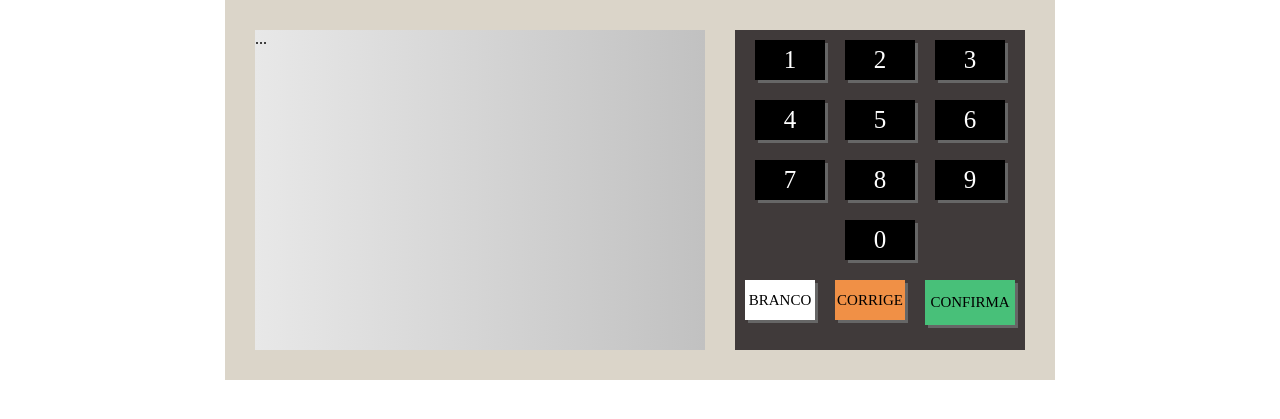
Repository: ThiagoIturra/urnaJs
Page: index.html
These files come from the project's save history. The page is drawn as it stood at one moment and after the next save; the edit follows.
The browser window is 1280 px wide. The pictures show the whole page.

Above is the page before, as saved 2022-01-05 16:17:59.

After the next save:
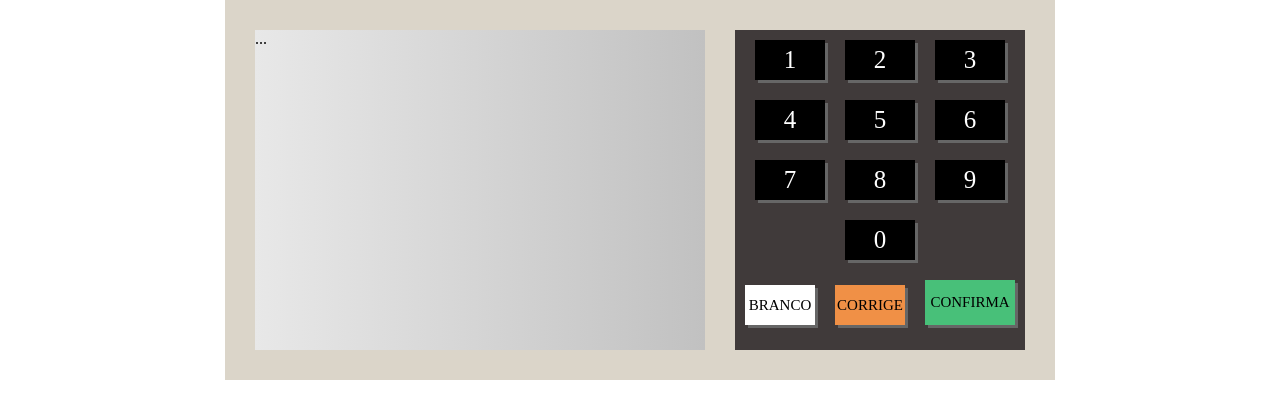
Saved 42 s later.
--- a/style.css
+++ b/style.css
@@ -25,6 +25,7 @@ body {
 .keyboard--line {
     display: flex;
     justify-content: center;
+    align-items: flex-end;
 }
 
 .keyboard--button {
